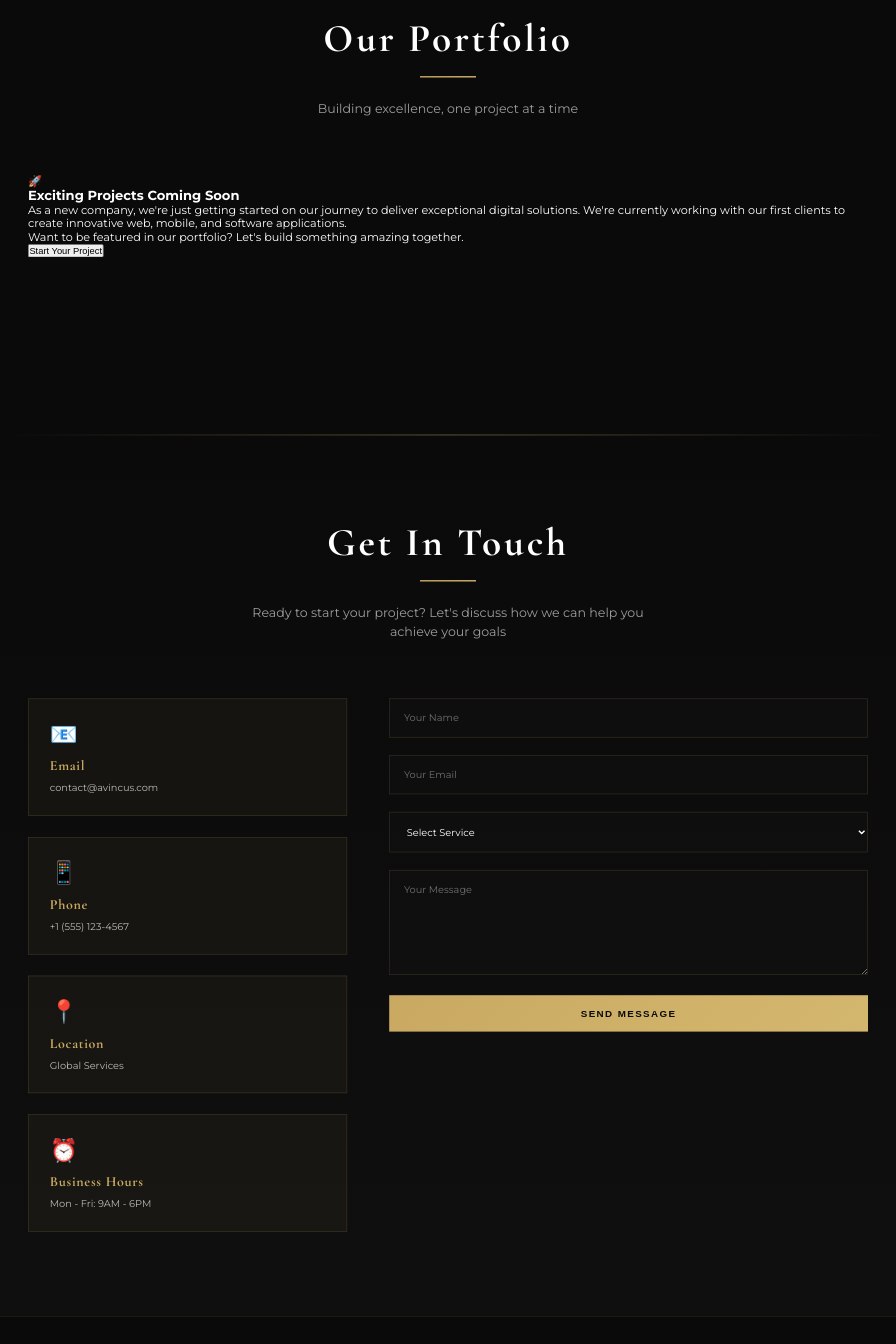
Repository: GiLLBaTesx/avincus-website
Page: /
An editor plug-in stored every save of this project. The page is shown before and after the next save, followed by the edit.
The browser window is 1280 px wide. The pictures show the part of the page from y = 2914 to 4834 px (the page is 5201 px tall before and 5565 px after), at 70% of full size.
The project was rebuilt for these pictures with package versions that can differ from the ones it lists, and the page was loaded fresh each time.

Above is the page before, as saved 2026-05-28 12:11:27.

### public/index.html
<!DOCTYPE html>
<html lang="en">
  <head>
    <meta charset="utf-8" />
    <link rel="icon" href="%PUBLIC_URL%/avincus-logo.png" />
    <meta name="viewport" content="width=device-width, initial-scale=1" />
    <meta name="theme-color" content="#0a0a0a" />
    <meta
      name="description"
      content="AVINCUS SOFTWARE DEVELOPMENT SERVICES - Premium Software Development | Web, Mobile & Software Solutions"
    />
    <link rel="preconnect" href="https://fonts.googleapis.com">
    <link rel="preconnect" href="https://fonts.gstatic.com" crossorigin>
    <link href="https://fonts.googleapis.com/css2?family=Cormorant+Garamond:wght@300;400;500;600;700&family=Montserrat:wght@300;400;500;600;700&display=swap" rel="stylesheet">
    <title>AVINCUS SOFTWARE DEVELOPMENT SERVICES - Strategy. Capital. Conquest.</title>
  </head>
  <body>
    <noscript>You need to enable JavaScript to run this app.</noscript>
    <div id="root"></div>
  </body>
</html>

### src/index.css
* {
  margin: 0;
  padding: 0;
  box-sizing: border-box;
}

body {
  margin: 0;
  font-family: 'Montserrat', -apple-system, BlinkMacSystemFont, 'Segoe UI', 'Roboto', 'Oxygen',
    'Ubuntu', 'Cantarell', 'Fira Sans', 'Droid Sans', 'Helvetica Neue',
    sans-serif;
  -webkit-font-smoothing: antialiased;
  -moz-osx-font-smoothing: grayscale;
  background-color: #0a0a0a;
  color: #ffffff;
  overflow-x: hidden;
}

code {
  font-family: source-code-pro, Menlo, Monaco, Consolas, 'Courier New',
    monospace;
}

::-webkit-scrollbar {
  width: 10px;
}

::-webkit-scrollbar-track {
  background: #0a0a0a;
}

::-webkit-scrollbar-thumb {
  background: #c9a961;
  border-radius: 5px;
}

::-webkit-scrollbar-thumb:hover {
  background: #d4b76e;
}

### src/App.css
.App {
  min-height: 100vh;
  background-color: #0a0a0a;
}

/* Smooth scrolling */
html {
  scroll-behavior: smooth;
}

/* Section styling */
section {
  position: relative;
  overflow: hidden;
}

/* Gold accent line */
.gold-line {
  width: 60px;
  height: 2px;
  background: linear-gradient(90deg, #c9a961, #d4b76e);
  margin: 20px auto;
}

/* Animations */
@keyframes fadeInUp {
  from {
    opacity: 0;
    transform: translateY(30px);
  }
  to {
    opacity: 1;
    transform: translateY(0);
  }
}

@keyframes fadeIn {
  from {
    opacity: 0;
  }
  to {
    opacity: 1;
  }
}

@keyframes shimmer {
  0% {
    background-position: -1000px 0;
  }
  100% {
    background-position: 1000px 0;
  }
}

.fade-in-up {
  animation: fadeInUp 0.8s ease-out forwards;
}

.fade-in {
  animation: fadeIn 1s ease-out forwards;
}

/* Responsive typography */
@media (max-width: 768px) {
  html {
    font-size: 14px;
  }
}

@media (max-width: 480px) {
  html {
    font-size: 12px;
  }
}

### src/components/Navbar.css
.navbar {
  position: fixed;
  top: 0;
  left: 0;
  right: 0;
  z-index: 1000;
  padding: 20px 0;
  transition: all 0.3s ease;
  background: transparent;
}

.navbar.scrolled {
  background: rgba(10, 10, 10, 0.95);
  backdrop-filter: blur(10px);
  padding: 15px 0;
  box-shadow: 0 2px 20px rgba(201, 169, 97, 0.1);
}

.navbar-container {
  max-width: 1400px;
  margin: 0 auto;
  padding: 0 40px;
  display: flex;
  justify-content: space-between;
  align-items: center;
}

.navbar-logo {
  display: flex;
  align-items: center;
  gap: 12px;
  cursor: pointer;
  transition: transform 0.3s ease;
}

.navbar-logo:hover {
  transform: translateY(-2px);
}

.logo-image {
  width: 67.5px;
  height: 67.5px;
  object-fit: contain;
  transition: transform 0.3s ease;
}

.logo-text {
  font-family: 'Cormorant Garamond', serif;
  font-size: 24px;
  font-weight: 600;
  letter-spacing: 3px;
  color: #c9a961;
}

.navbar-menu {
  display: flex;
  gap: 40px;
  align-items: center;
}

.nav-link {
  background: none;
  border: none;
  color: #ffffff;
  font-size: 14px;
  font-weight: 500;
  letter-spacing: 1px;
  text-transform: uppercase;
  cursor: pointer;
  position: relative;
  padding: 8px 0;
  transition: color 0.3s ease;
}

.nav-link::after {
  content: '';
  position: absolute;
  bottom: 0;
  left: 0;
  width: 0;
  height: 2px;
  background: linear-gradient(90deg, #c9a961, #d4b76e);
  transition: width 0.3s ease;
}

.nav-link:hover {
  color: #c9a961;
}

.nav-link:hover::after {
  width: 100%;
}

.nav-link-cta {
  background: linear-gradient(135deg, #c9a961, #d4b76e);
  color: #0a0a0a;
  padding: 12px 30px;
  border-radius: 0;
  font-weight: 600;
  transition: all 0.3s ease;
}

.nav-link-cta::after {
  display: none;
}

.nav-link-cta:hover {
  background: linear-gradient(135deg, #d4b76e, #e0c87f);
  color: #0a0a0a;
  transform: translateY(-2px);
  box-shadow: 0 5px 20px rgba(201, 169, 97, 0.3);
}

.navbar-toggle {
  display: none;
  flex-direction: column;
  gap: 6px;
  background: none;
  border: none;
  cursor: pointer;
  padding: 5px;
}

.bar {
  width: 30px;
  height: 2px;
  background: #c9a961;
  transition: all 0.3s ease;
}

.bar.active:nth-child(1) {
  transform: rotate(45deg) translate(8px, 8px);
}

.bar.active:nth-child(2) {
  opacity: 0;
}

.bar.active:nth-child(3) {
  transform: rotate(-45deg) translate(8px, -8px);
}

@media (max-width: 968px) {
  .navbar-toggle {
    display: flex;
  }

  .navbar-menu {
    position: fixed;
    top: 70px;
    right: -100%;
    width: 300px;
    height: calc(100vh - 70px);
    background: rgba(10, 10, 10, 0.98);
    backdrop-filter: blur(10px);
    flex-direction: column;
    padding: 40px;
    gap: 30px;
    transition: right 0.3s ease;
    border-left: 1px solid rgba(201, 169, 97, 0.2);
  }

  .navbar-menu.active {
    right: 0;
  }

  .nav-link {
    width: 100%;
    text-align: left;
    font-size: 16px;
  }

  .nav-link-cta {
    text-align: center;
  }
}

@media (max-width: 480px) {
  .navbar-container {
    padding: 0 20px;
  }

  .logo-text {
    font-size: 20px;
  }

  .logo-image {
    width: 60px;
    height: 60px;
  }
}

### src/components/Services.css
.services {
  min-height: 100vh;
  padding: 120px 40px;
  background: #0a0a0a;
  position: relative;
}

.services::before {
  content: '';
  position: absolute;
  top: 0;
  left: 0;
  right: 0;
  height: 1px;
  background: linear-gradient(90deg, transparent, #c9a961, transparent);
}

.services-container {
  max-width: 1400px;
  margin: 0 auto;
}

.services-header {
  text-align: center;
  margin-bottom: 80px;
  opacity: 0;
  transform: translateY(30px);
  transition: all 0.8s ease-out;
}

.services-header.visible {
  opacity: 1;
  transform: translateY(0);
}

.section-title {
  font-family: 'Cormorant Garamond', serif;
  font-size: 56px;
  font-weight: 700;
  letter-spacing: 4px;
  color: #ffffff;
  margin-bottom: 20px;
}

.gold-line {
  width: 80px;
  height: 2px;
  background: linear-gradient(90deg, #c9a961, #d4b76e);
  margin: 0 auto 30px;
}

.section-subtitle {
  font-size: 18px;
  color: rgba(255, 255, 255, 0.6);
  max-width: 600px;
  margin: 0 auto;
  line-height: 1.6;
}

.services-grid {
  display: grid;
  grid-template-columns: repeat(auto-fit, minmax(350px, 1fr));
  gap: 40px;
}

.service-card {
  background: linear-gradient(135deg, rgba(201, 169, 97, 0.05), rgba(10, 10, 10, 0.8));
  border: 1px solid rgba(201, 169, 97, 0.2);
  padding: 50px 40px;
  transition: all 0.4s ease;
  position: relative;
  overflow: hidden;
  opacity: 0;
  transform: translateY(30px);
}

.service-card.visible {
  animation: fadeInUp 0.8s ease-out forwards;
}

.service-card::before {
  content: '';
  position: absolute;
  top: 0;
  left: -100%;
  width: 100%;
  height: 100%;
  background: linear-gradient(90deg, transparent, rgba(201, 169, 97, 0.1), transparent);
  transition: left 0.6s ease;
}

.service-card:hover::before {
  left: 100%;
}

.service-card:hover {
  transform: translateY(-10px);
  border-color: #c9a961;
  box-shadow: 0 20px 60px rgba(201, 169, 97, 0.2);
}

.service-icon {
  font-size: 64px;
  margin-bottom: 30px;
  filter: grayscale(100%) brightness(1.5);
  transition: all 0.3s ease;
}

.service-card:hover .service-icon {
  filter: grayscale(0%) brightness(1);
  transform: scale(1.1);
}

.service-title {
  font-family: 'Cormorant Garamond', serif;
  font-size: 32px;
  font-weight: 600;
  color: #c9a961;
  margin-bottom: 20px;
  letter-spacing: 2px;
}

.service-description {
  font-size: 16px;
  line-height: 1.8;
  color: rgba(255, 255, 255, 0.7);
  margin-bottom: 30px;
}

.service-features {
  list-style: none;
  margin-bottom: 40px;
}

.service-features li {
  padding: 12px 0;
  color: rgba(255, 255, 255, 0.8);
  font-size: 14px;
  display: flex;
  align-items: center;
  gap: 15px;
  border-bottom: 1px solid rgba(201, 169, 97, 0.1);
}

.feature-bullet {
  color: #c9a961;
  font-size: 10px;
}

.service-button {
  background: transparent;
  border: 2px solid #c9a961;
  color: #c9a961;
  padding: 12px 30px;
  font-size: 12px;
  font-weight: 600;
  letter-spacing: 2px;
  text-transform: uppercase;
  cursor: pointer;
  transition: all 0.3s ease;
  width: 100%;
}

.service-button:hover {
  background: #c9a961;
  color: #0a0a0a;
  transform: translateY(-2px);
}

@media (max-width: 968px) {
  .services {
    padding: 80px 30px;
  }

  .section-title {
    font-size: 42px;
  }

  .services-grid {
    grid-template-columns: 1fr;
    gap: 30px;
  }
}

@media (max-width: 480px) {
  .services {
    padding: 60px 20px;
  }

  .section-title {
    font-size: 36px;
  }

  .service-card {
    padding: 40px 30px;
  }

  .service-icon {
    font-size: 48px;
  }

  .service-title {
    font-size: 26px;
  }
}

### src/components/About.css
.about {
  min-height: 100vh;
  padding: 120px 40px;
  background: linear-gradient(180deg, #0a0a0a 0%, #0f0f0f 100%);
  position: relative;
}

.about::before {
  content: '';
  position: absolute;
  top: 0;
  left: 0;
  right: 0;
  height: 1px;
  background: linear-gradient(90deg, transparent, #c9a961, transparent);
}

.about-container {
  max-width: 1400px;
  margin: 0 auto;
}

.about-content {
  display: grid;
  grid-template-columns: 1fr 1fr;
  gap: 80px;
  align-items: center;
}

.about-text {
  opacity: 0;
  transform: translateX(-30px);
  transition: all 0.8s ease-out;
}

.about-text.visible {
  opacity: 1;
  transform: translateX(0);
}

.about-description {
  font-size: 16px;
  line-height: 1.8;
  color: rgba(255, 255, 255, 0.7);
  margin-bottom: 25px;
}

.about-values {
  display: grid;
  grid-template-columns: repeat(3, 1fr);
  gap: 30px;
  margin-top: 50px;
}

.value-item {
  text-align: center;
  padding: 30px 20px;
  background: rgba(201, 169, 97, 0.05);
  border: 1px solid rgba(201, 169, 97, 0.2);
  transition: all 0.3s ease;
}

.value-item:hover {
  background: rgba(201, 169, 97, 0.1);
  border-color: #c9a961;
  transform: translateY(-5px);
}

.value-item h3 {
  font-family: 'Cormorant Garamond', serif;
  font-size: 24px;
  color: #c9a961;
  margin-bottom: 10px;
  letter-spacing: 2px;
}

.value-item p {
  font-size: 14px;
  color: rgba(255, 255, 255, 0.6);
}

.about-stats {
  display: grid;
  grid-template-columns: repeat(2, 1fr);
  gap: 40px;
  opacity: 0;
  transform: translateX(30px);
  transition: all 0.8s ease-out;
}

.about-stats.visible {
  opacity: 1;
  transform: translateX(0);
}

.stat-item {
  text-align: center;
  padding: 50px 30px;
  background: linear-gradient(135deg, rgba(201, 169, 97, 0.1), rgba(10, 10, 10, 0.5));
  border: 1px solid rgba(201, 169, 97, 0.3);
  position: relative;
  overflow: hidden;
  opacity: 0;
  animation: fadeInUp 0.8s ease-out forwards;
}

.stat-item::before {
  content: '';
  position: absolute;
  top: 0;
  left: 0;
  right: 0;
  height: 3px;
  background: linear-gradient(90deg, #c9a961, #d4b76e);
  transform: scaleX(0);
  transition: transform 0.6s ease;
}

.stat-item:hover::before {
  transform: scaleX(1);
}

.stat-number {
  font-family: 'Cormorant Garamond', serif;
  font-size: 56px;
  font-weight: 700;
  color: #c9a961;
  margin-bottom: 15px;
  letter-spacing: 2px;
}

.stat-label {
  font-size: 14px;
  color: rgba(255, 255, 255, 0.7);
  text-transform: uppercase;
  letter-spacing: 2px;
}

@media (max-width: 968px) {
  .about {
    padding: 80px 30px;
  }

  .about-content {
    grid-template-columns: 1fr;
    gap: 60px;
  }

  .about-values {
    grid-template-columns: 1fr;
    gap: 20px;
  }

  .about-stats {
    grid-template-columns: repeat(2, 1fr);
    gap: 20px;
  }

  .stat-item {
    padding: 40px 20px;
  }

  .stat-number {
    font-size: 42px;
  }
}

@media (max-width: 480px) {
  .about {
    padding: 60px 20px;
  }

  .about-stats {
    grid-template-columns: 1fr;
  }

  .stat-number {
    font-size: 36px;
  }
}

### src/components/Portfolio.css
.portfolio {
  min-height: 100vh;
  padding: 120px 40px;
  background: #0a0a0a;
  position: relative;
}

.portfolio::before {
  content: '';
  position: absolute;
  top: 0;
  left: 0;
  right: 0;
  height: 1px;
  background: linear-gradient(90deg, transparent, #c9a961, transparent);
}

.portfolio-container {
  max-width: 1400px;
  margin: 0 auto;
}

.portfolio-header {
  text-align: center;
  margin-bottom: 80px;
  opacity: 0;
  transform: translateY(30px);
  transition: all 0.8s ease-out;
}

.portfolio-header.visible {
  opacity: 1;
  transform: translateY(0);
}

.portfolio-grid {
  display: grid;
  grid-template-columns: repeat(auto-fit, minmax(380px, 1fr));
  gap: 40px;
}

.portfolio-card {
  background: rgba(15, 15, 15, 0.8);
  border: 1px solid rgba(201, 169, 97, 0.2);
  overflow: hidden;
  transition: all 0.4s ease;
  opacity: 0;
  transform: translateY(30px);
}

.portfolio-card.visible {
  animation: fadeInUp 0.8s ease-out forwards;
}

.portfolio-card:hover {
  transform: translateY(-10px);
  border-color: #c9a961;
  box-shadow: 0 20px 60px rgba(201, 169, 97, 0.2);
}

.portfolio-image {
  height: 250px;
  background: linear-gradient(135deg, rgba(201, 169, 97, 0.2), rgba(10, 10, 10, 0.8));
  position: relative;
  overflow: hidden;
}

.portfolio-image::before {
  content: '';
  position: absolute;
  top: 50%;
  left: 50%;
  transform: translate(-50%, -50%);
  width: 100px;
  height: 100px;
  background: linear-gradient(135deg, #c9a961, #d4b76e);
  clip-path: polygon(50% 0%, 100% 25%, 100% 75%, 50% 100%, 0% 75%, 0% 25%);
  opacity: 0.3;
}

.portfolio-overlay {
  position: absolute;
  top: 0;
  left: 0;
  right: 0;
  bottom: 0;
  background: rgba(10, 10, 10, 0.9);
  display: flex;
  align-items: center;
  justify-content: center;
  opacity: 0;
  transition: opacity 0.3s ease;
}

.portfolio-card:hover .portfolio-overlay {
  opacity: 1;
}

.view-project {
  background: linear-gradient(135deg, #c9a961, #d4b76e);
  color: #0a0a0a;
  border: none;
  padding: 12px 30px;
  font-size: 12px;
  font-weight: 600;
  letter-spacing: 2px;
  text-transform: uppercase;
  cursor: pointer;
  transition: all 0.3s ease;
}

.view-project:hover {
  transform: scale(1.05);
  box-shadow: 0 5px 20px rgba(201, 169, 97, 0.4);
}

.portfolio-content {
  padding: 30px;
}

.portfolio-category {
  display: inline-block;
  font-size: 11px;
  color: #c9a961;
  text-transform: uppercase;
  letter-spacing: 2px;
  margin-bottom: 15px;
  padding: 5px 15px;
  border: 1px solid rgba(201, 169, 97, 0.3);
}

.portfolio-title {
  font-family: 'Cormorant Garamond', serif;
  font-size: 28px;
  font-weight: 600;
  color: #ffffff;
  margin-bottom: 15px;
  letter-spacing: 1px;
}

.portfolio-description {
  font-size: 14px;
  line-height: 1.6;
  color: rgba(255, 255, 255, 0.6);
  margin-bottom: 20px;
}

.portfolio-tech {
  display: flex;
  flex-wrap: wrap;
  gap: 10px;
}

.tech-tag {
  font-size: 11px;
  color: rgba(255, 255, 255, 0.7);
  background: rgba(201, 169, 97, 0.1);
  padding: 5px 12px;
  border: 1px solid rgba(201, 169, 97, 0.2);
  letter-spacing: 1px;
}

@media (max-width: 968px) {
  .portfolio {
    padding: 80px 30px;
  }

  .portfolio-grid {
    grid-template-columns: 1fr;
    gap: 30px;
  }
}

@media (max-width: 480px) {
  .portfolio {
    padding: 60px 20px;
  }

  .portfolio-card {
    margin: 0;
  }

  .portfolio-content {
    padding: 25px;
  }

  .portfolio-title {
    font-size: 24px;
  }
}

### src/components/Contact.css
.contact {
  min-height: 100vh;
  padding: 120px 40px;
  background: linear-gradient(180deg, #0a0a0a 0%, #0f0f0f 100%);
  position: relative;
}

.contact::before {
  content: '';
  position: absolute;
  top: 0;
  left: 0;
  right: 0;
  height: 1px;
  background: linear-gradient(90deg, transparent, #c9a961, transparent);
}

.contact-container {
  max-width: 1400px;
  margin: 0 auto;
}

.contact-header {
  text-align: center;
  margin-bottom: 80px;
  opacity: 0;
  transform: translateY(30px);
  transition: all 0.8s ease-out;
}

.contact-header.visible {
  opacity: 1;
  transform: translateY(0);
}

.contact-content {
  display: grid;
  grid-template-columns: 1fr 1.5fr;
  gap: 60px;
}

.contact-info {
  display: flex;
  flex-direction: column;
  gap: 30px;
  opacity: 0;
  transform: translateX(-30px);
  transition: all 0.8s ease-out;
}

.contact-info.visible {
  opacity: 1;
  transform: translateX(0);
}

.info-item {
  padding: 30px;
  background: rgba(201, 169, 97, 0.05);
  border: 1px solid rgba(201, 169, 97, 0.2);
  transition: all 0.3s ease;
}

.info-item:hover {
  background: rgba(201, 169, 97, 0.1);
  border-color: #c9a961;
  transform: translateX(10px);
}

.info-icon {
  font-size: 32px;
  margin-bottom: 15px;
}

.info-item h3 {
  font-family: 'Cormorant Garamond', serif;
  font-size: 20px;
  color: #c9a961;
  margin-bottom: 10px;
  letter-spacing: 1px;
}

.info-item p {
  font-size: 14px;
  color: rgba(255, 255, 255, 0.7);
}

.contact-form {
  opacity: 0;
  transform: translateX(30px);
  transition: all 0.8s ease-out;
}

.contact-form.visible {
  opacity: 1;
  transform: translateX(0);
}

.form-group {
  margin-bottom: 25px;
}

.form-input {
  width: 100%;
  padding: 18px 20px;
  background: rgba(15, 15, 15, 0.8);
  border: 1px solid rgba(201, 169, 97, 0.2);
  color: #ffffff;
  font-size: 14px;
  font-family: 'Montserrat', sans-serif;
  transition: all 0.3s ease;
}

.form-input:focus {
  outline: none;
  border-color: #c9a961;
  background: rgba(15, 15, 15, 1);
  box-shadow: 0 0 20px rgba(201, 169, 97, 0.1);
}

.form-input::placeholder {
  color: rgba(255, 255, 255, 0.4);
}

select.form-input {
  cursor: pointer;
}

textarea.form-input {
  resize: vertical;
  min-height: 150px;
}

.form-submit {
  width: 100%;
  padding: 18px;
  background: linear-gradient(135deg, #c9a961, #d4b76e);
  border: none;
  color: #0a0a0a;
  font-size: 14px;
  font-weight: 600;
  letter-spacing: 2px;
  text-transform: uppercase;
  cursor: pointer;
  transition: all 0.3s ease;
}

.form-submit:hover {
  transform: translateY(-3px);
  box-shadow: 0 10px 30px rgba(201, 169, 97, 0.4);
}

@media (max-width: 968px) {
  .contact {
    padding: 80px 30px;
  }

  .contact-content {
    grid-template-columns: 1fr;
    gap: 50px;
  }
}

@media (max-width: 480px) {
  .contact {
    padding: 60px 20px;
  }

  .info-item {
    padding: 25px;
  }

  .form-input {
    padding: 15px;
  }
}

### src/components/Footer.css
.footer {
  background: #0a0a0a;
  padding: 80px 40px 40px;
  border-top: 1px solid rgba(201, 169, 97, 0.2);
}

.footer-container {
  max-width: 1400px;
  margin: 0 auto;
}

.footer-content {
  display: grid;
  grid-template-columns: 2fr 1fr 1fr 1fr;
  gap: 60px;
  margin-bottom: 60px;
}

.footer-brand {
  max-width: 350px;
}

.footer-logo {
  display: flex;
  align-items: center;
  gap: 12px;
  margin-bottom: 20px;
}

.footer-logo-image {
  width: 67.5px;
  height: 67.5px;
  object-fit: contain;
}

.footer-logo-text {
  font-family: 'Cormorant Garamond', serif;
  font-size: 24px;
  font-weight: 600;
  letter-spacing: 3px;
  color: #c9a961;
}

.footer-tagline {
  font-family: 'Cormorant Garamond', serif;
  font-size: 14px;
  color: #c9a961;
  letter-spacing: 2px;
  margin-bottom: 15px;
}

.footer-description {
  font-size: 14px;
  line-height: 1.6;
  color: rgba(255, 255, 255, 0.6);
}

.footer-links h3,
.footer-services h3,
.footer-contact h3 {
  font-family: 'Cormorant Garamond', serif;
  font-size: 20px;
  color: #c9a961;
  margin-bottom: 20px;
  letter-spacing: 1px;
}

.footer-links button {
  display: block;
  background: none;
  border: none;
  color: rgba(255, 255, 255, 0.7);
  font-size: 14px;
  padding: 8px 0;
  cursor: pointer;
  text-align: left;
  transition: all 0.3s ease;
}

.footer-links button:hover {
  color: #c9a961;
  transform: translateX(5px);
}

.footer-services p,
.footer-contact p {
  font-size: 14px;
  color: rgba(255, 255, 255, 0.7);
  padding: 8px 0;
}

.footer-social {
  display: flex;
  gap: 15px;
  margin-top: 20px;
}

.footer-social a {
  width: 40px;
  height: 40px;
  display: flex;
  align-items: center;
  justify-content: center;
  border: 1px solid rgba(201, 169, 97, 0.3);
  color: #c9a961;
  text-decoration: none;
  font-size: 14px;
  font-weight: 600;
  transition: all 0.3s ease;
}

.footer-social a:hover {
  background: #c9a961;
  color: #0a0a0a;
  border-color: #c9a961;
  transform: translateY(-3px);
}

.footer-bottom {
  text-align: center;
}

.footer-divider {
  height: 1px;
  background: linear-gradient(90deg, transparent, rgba(201, 169, 97, 0.3), transparent);
  margin-bottom: 30px;
}

.footer-copyright {
  font-size: 12px;
  color: rgba(255, 255, 255, 0.5);
  letter-spacing: 1px;
}

@media (max-width: 968px) {
  .footer {
    padding: 60px 30px 30px;
  }

  .footer-content {
    grid-template-columns: 1fr 1fr;
    gap: 40px;
  }

  .footer-brand {
    grid-column: 1 / -1;
    max-width: 100%;
  }
}

@media (max-width: 480px) {
  .footer {
    padding: 40px 20px 20px;
  }

  .footer-content {
    grid-template-columns: 1fr;
    gap: 30px;
  }

  .footer-brand {
    grid-column: 1;
  }
}

Loaded but not shown: src/index.js (common file); src/components/Contact.js (144 lines, source omitted); src/components/Services.js (109 lines, source omitted); src/components/About.js (83 lines, source omitted); src/components/Footer.js (66 lines, source omitted); src/components/Portfolio.js (67 lines, source omitted); src/components/Hero.js (60 lines, source omitted); src/components/Navbar.js (45 lines, source omitted); src/App.js (36 lines, source omitted); src/components/Hero.css (344 lines, source omitted)

After the next save:
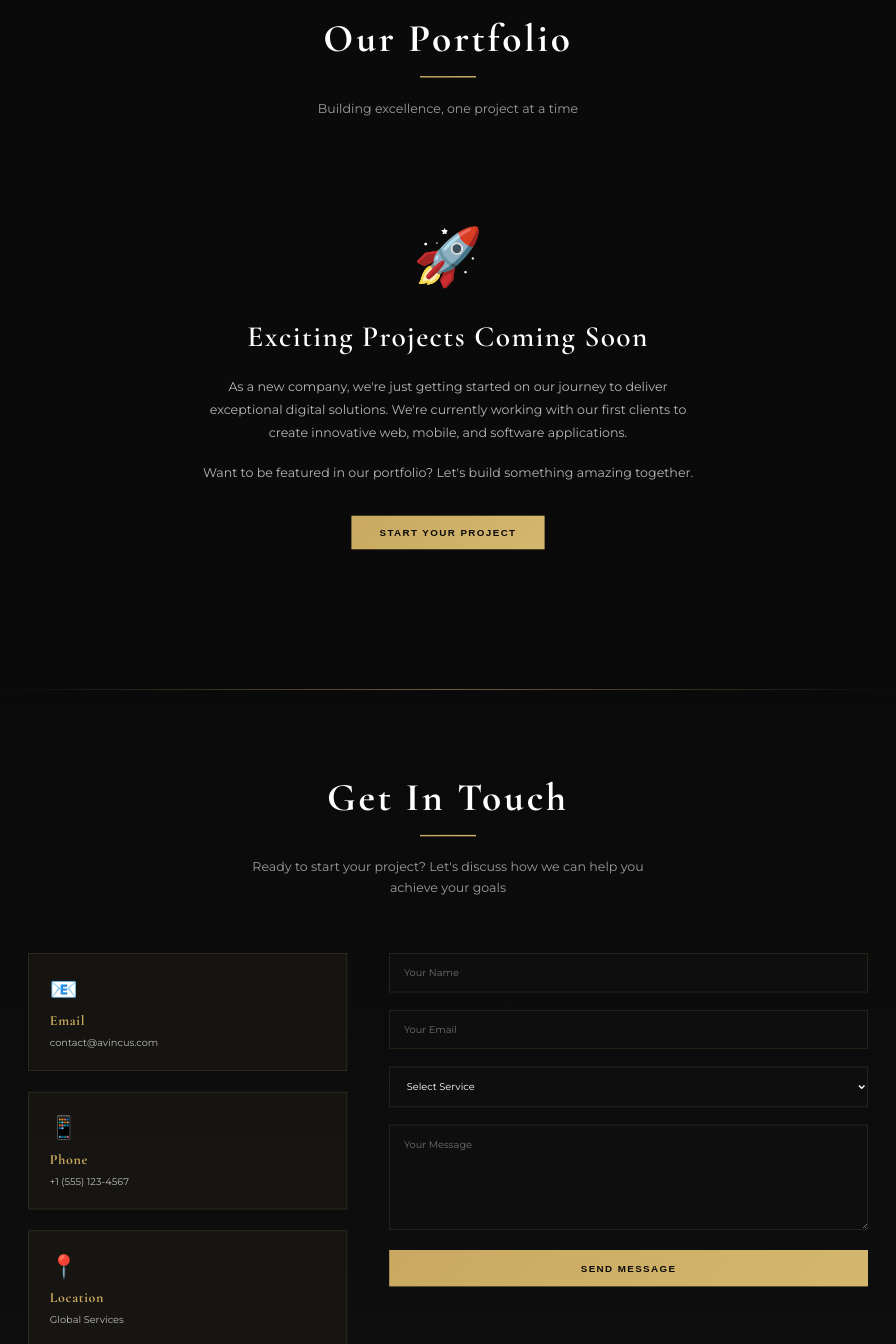
Saved 13 s later.
--- a/src/components/Portfolio.css
+++ b/src/components/Portfolio.css
@@ -31,6 +31,71 @@
 .portfolio-header.visible {
   opacity: 1;
   transform: translateY(0);
+}
+
+.portfolio-coming-soon {
+  max-width: 800px;
+  margin: 0 auto;
+  text-align: center;
+  padding: 80px 40px;
+  opacity: 0;
+  transform: translateY(30px);
+  transition: all 0.8s ease-out 0.3s;
+}
+
+.portfolio-coming-soon.visible {
+  opacity: 1;
+  transform: translateY(0);
+}
+
+.coming-soon-icon {
+  font-size: 80px;
+  margin-bottom: 30px;
+  animation: float 3s ease-in-out infinite;
+}
+
+@keyframes float {
+  0%, 100% {
+    transform: translateY(0);
+  }
+  50% {
+    transform: translateY(-20px);
+  }
+}
+
+.coming-soon-title {
+  font-family: 'Cormorant Garamond', serif;
+  font-size: 42px;
+  font-weight: 600;
+  color: #ffffff;
+  margin-bottom: 30px;
+  letter-spacing: 2px;
+}
+
+.coming-soon-description {
+  font-size: 18px;
+  line-height: 1.8;
+  color: rgba(255, 255, 255, 0.7);
+  margin-bottom: 25px;
+}
+
+.coming-soon-button {
+  margin-top: 20px;
+  padding: 16px 40px;
+  font-size: 14px;
+  font-weight: 600;
+  letter-spacing: 2px;
+  text-transform: uppercase;
+  background: linear-gradient(135deg, #c9a961, #d4b76e);
+  color: #0a0a0a;
+  border: none;
+  cursor: pointer;
+  transition: all 0.3s ease;
+}
+
+.coming-soon-button:hover {
+  transform: translateY(-3px);
+  box-shadow: 0 10px 30px rgba(201, 169, 97, 0.4);
 }
 
 .portfolio-grid {
